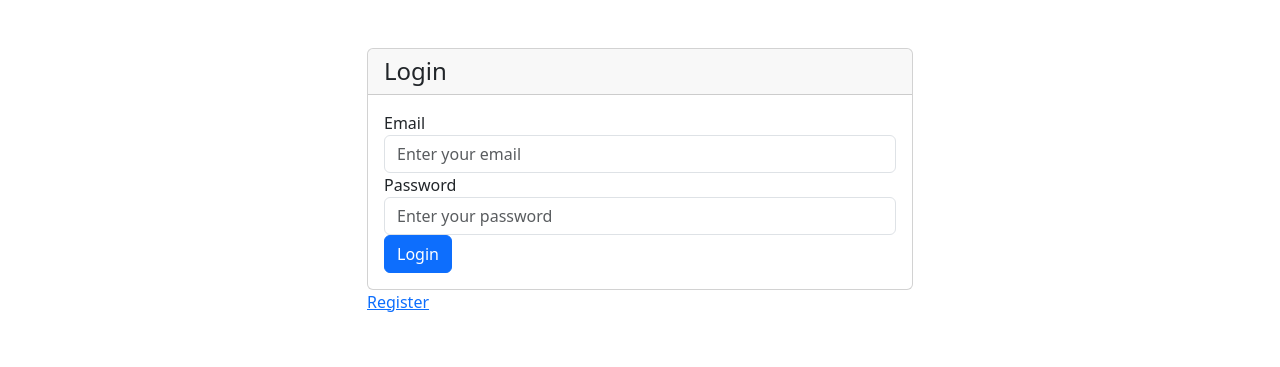
Repository: Anwithgowda/bank-app
Page: http://localhost/movie-book-app/login.jsp
An editor plug-in stored every save of this project. The page is shown before and after the next save, followed by the edit.
The browser window is 1280 px wide. The pictures show the whole page.
Some web libraries are served in a nearby version. The page is served by Tomcat 10. Other server files are loaded and not shown.

Above is the page before, as saved 2024-03-01 02:30:38.

### movieapp/movie-book-app/src/main/webapp/login.jsp
<%@ page language="java" contentType="text/html; charset=ISO-8859-1"
    pageEncoding="ISO-8859-1"%>
    <%@ taglib prefix="c" uri="http://java.sun.com/jsp/jstl/core" %>
<!DOCTYPE html>
<html>
<head>
<meta charset="ISO-8859-1">
<title>Login page</title>
<link href="https://cdn.jsdelivr.net/npm/bootstrap@5.3.3/dist/css/bootstrap.min.css" rel="stylesheet" integrity="sha384-QWTKZyjpPEjISv5WaRU9OFeRpok6YctnYmDr5pNlyT2bRjXh0JMhjY6hW+ALEwIH" crossorigin="anonymous">
<script src="https://cdn.jsdelivr.net/npm/bootstrap@5.3.3/dist/js/bootstrap.bundle.min.js" integrity="sha384-YvpcrYf0tY3lHB60NNkmXc5s9fDVZLESaAA55NDzOxhy9GkcIdslK1eN7N6jIeHz" crossorigin="anonymous"></script>

</head>
<body>

  <c:if test="${errorMessage!=null }">
     <div class="alert alert-danger" role="alert">
       ${errorMessage }
</div>
  </c:if>
    <form action="signin" method="post">
     <div class="container mt-5">
        <div class="row justify-content-center">
            <div class="col-md-6">
                <div class="card">
                    <div class="card-header">
                        <h4 class="mb-0">Login</h4>
                    </div>
                    <div class="card-body">

                            <div class="form-group">
                                <label for="staticEmail">Email</label>
                                <input type="text" class="form-control" id="staticEmail" name="userid" placeholder="Enter your email">
                            </div>
                            <div class="form-group">
                                <label for="inputPassword">Password</label>
                                <input type="password" class="form-control" id="inputPassword" name="password" placeholder="Enter your password">
                            </div>
                            <button type="submit" class="btn btn-primary">Login</button>

                    </div>
                </div>
                <a href="form">Register</a>
            </div>
        </div>
    </div>

</form>
    <!-- Bootstrap JS and Popper.js -->
    <script src="https://code.jquery.com/jquery-3.5.1.slim.min.js"></script>
    <script src="https://cdn.jsdelivr.net/npm/@popperjs/core@2.10.2/dist/umd/popper.min.js"></script>
    <script src="https://maxcdn.bootstrapcdn.com/bootstrap/4.5.2/js/bootstrap.min.js"></script>
</body>
</html>

After the next save:
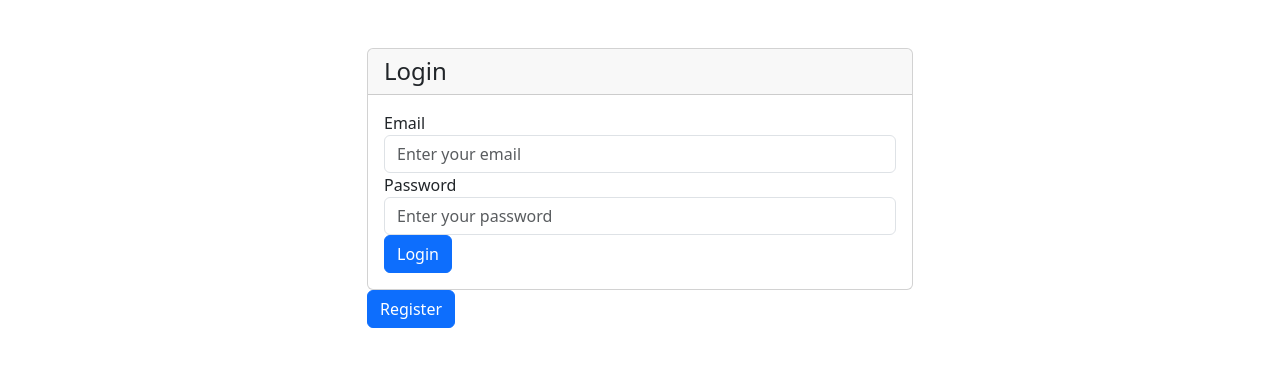
Saved 29 s later.
--- a/movieapp/movie-book-app/src/main/webapp/login.jsp
+++ b/movieapp/movie-book-app/src/main/webapp/login.jsp
@@ -39,7 +39,7 @@
 
                     </div>
                 </div>
-                <a href="form">Register</a>
+                <a href="form" class="btn btn-primary">Register</a>
             </div>
         </div>
     </div>
